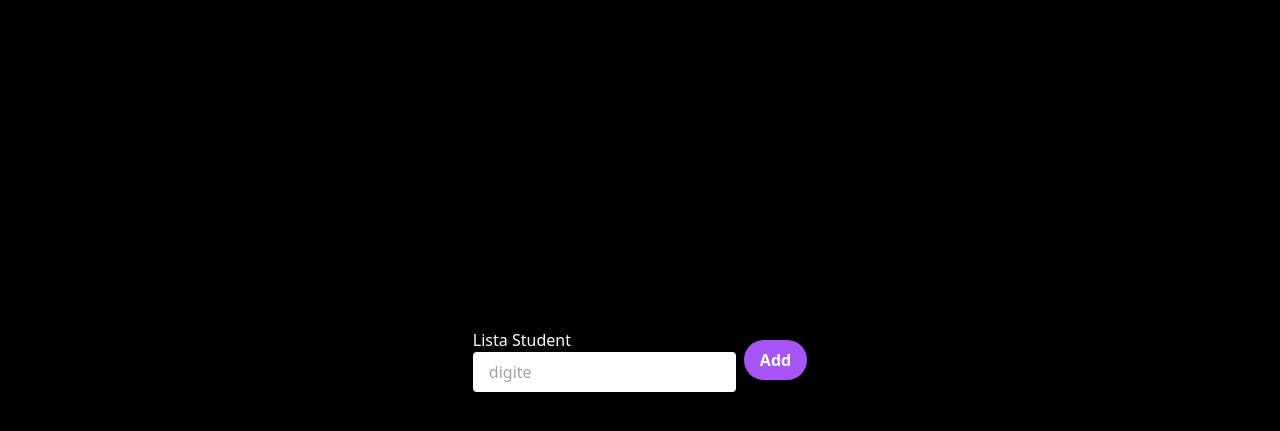
Repository: LuisSempre/FundamentosReact
Page: /
These files come from the project's save history. The page is drawn as it stood at one moment and after the next save; the edit follows.
The browser window is 1280 px wide. The pictures show the whole page.
The page's requests for data from a server got no answer. The project was rebuilt for these pictures with package versions that can differ from the ones it lists, and the page was loaded fresh each time. No one was signed in, and anything a server would have sent is missing. Also part of the build but not shown: vite.config.js, src/components/Card.tsx.

Above is the page before, as saved 2022-06-28 20:06:39.

After the next save:
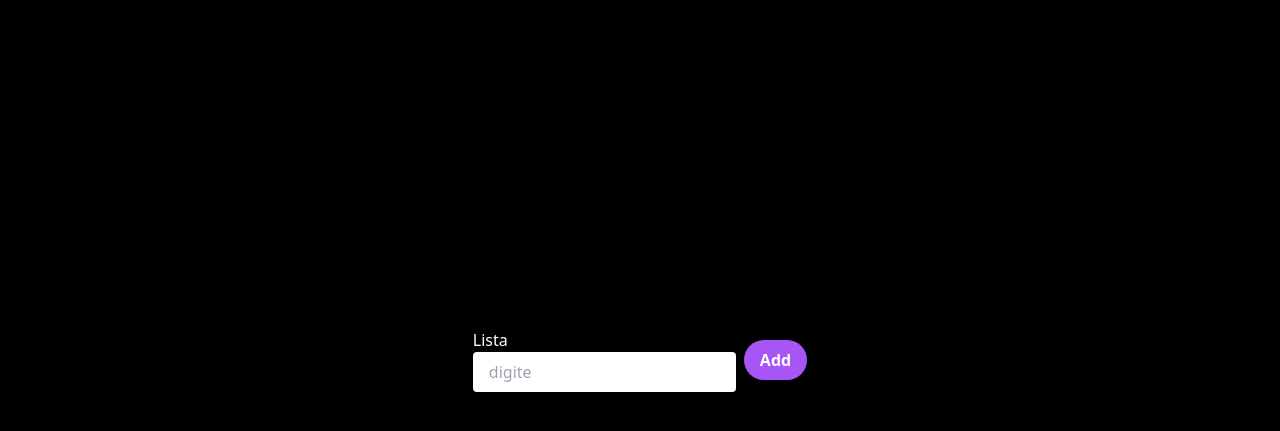
Saved 48 s later.
--- a/src/pages/Home.jsx
+++ b/src/pages/Home.jsx
@@ -27,8 +27,10 @@ export function Home() {
   return (
     <div className="flex items-center justify-center min-h-screen space-x-2">
       <div>
-        <h1>Lista {student} </h1>
-
+        <h1>Lista</h1>
+        <div>
+          <strong>{user.name}</strong>
+        </div>
         <input
           onChange={(e) => setStudent(e.target.value)}
           className="px-4 py-2 text-black bg-white rounded"
